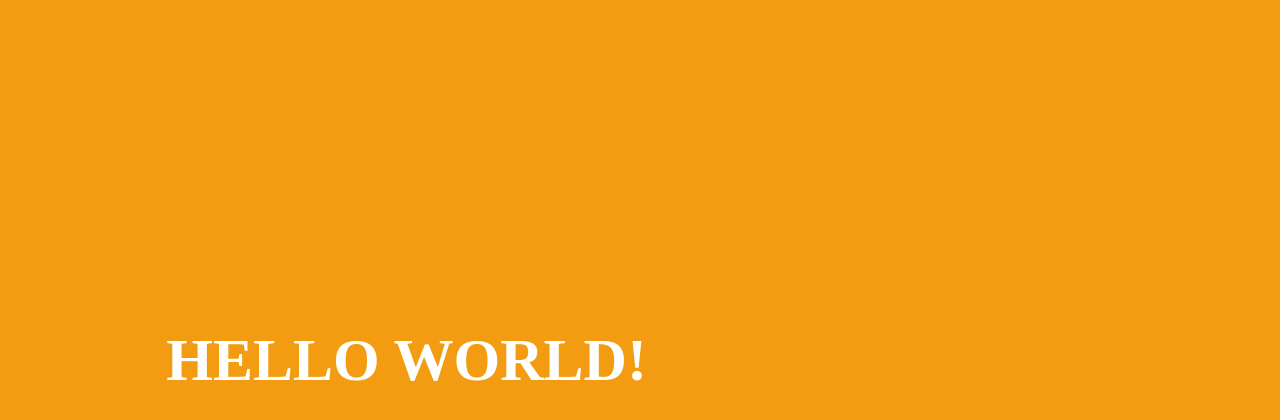
Repository: phong121020/Text-Animation
Page: assets/index.html
An editor plug-in stored every save of this project. The page is shown before and after the next save, followed by the edit.
The browser window is 1280 px wide. The pictures show the whole page.

Above is the page before, as saved 2022-03-11 18:24:11.

After the next save:
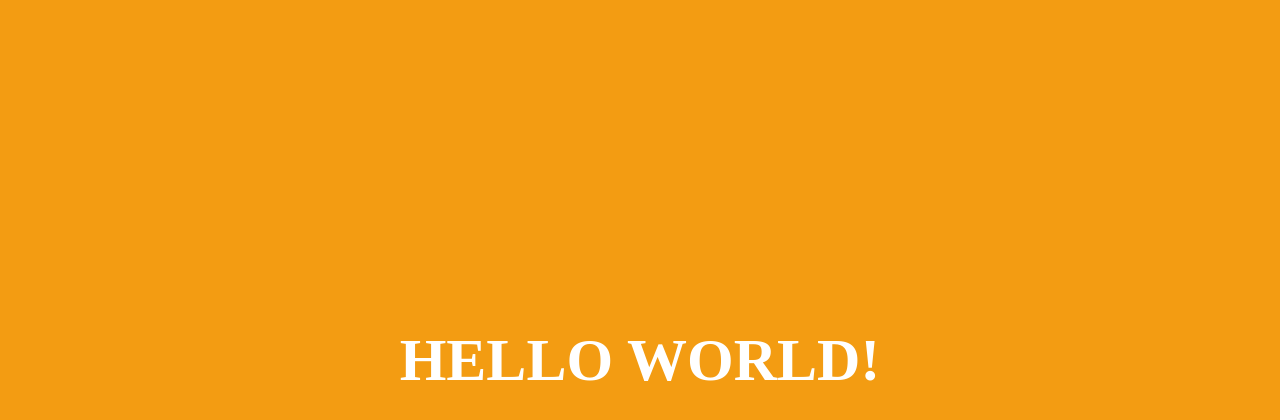
Console error: SyntaxError: Identifier 'text' has already been declared
Saved 36 s later.
--- a/assets/app.js
+++ b/assets/app.js
@@ -4,5 +4,32 @@
 console.log(splitText);
 
 for (let i = 0; i < splitText.length; i++) {
-  text.innerHTML += "<span>" + splitText[i] + "</span>";
+  text.innerHTML += "<span> " + splitText[i] + "</span>";
 }
+
+const text = document.querySelector("h1");
+const strText = text.textContent;
+const splitText = strText.split("");
+console.log(splitText);
+
+text.textContent = "";
+for (let i = 0; i < splitText.length; i++) {
+  text.innerHTML += "<span> " + splitText[i] + "</span>";
+}
+
+let char = 0;
+let timer = setInterval(onTick, 50);
+function onTick() {
+  const span = text.querySelectorAll("span")[char];
+  span.classList.add("fade");
+  char++;
+  if (char === splitText.length) {
+    complete();
+    return;
+  }
+}
+
+function complete() {
+  clearInterval(timer);
+  timer = null;
+}

After the save that followed:
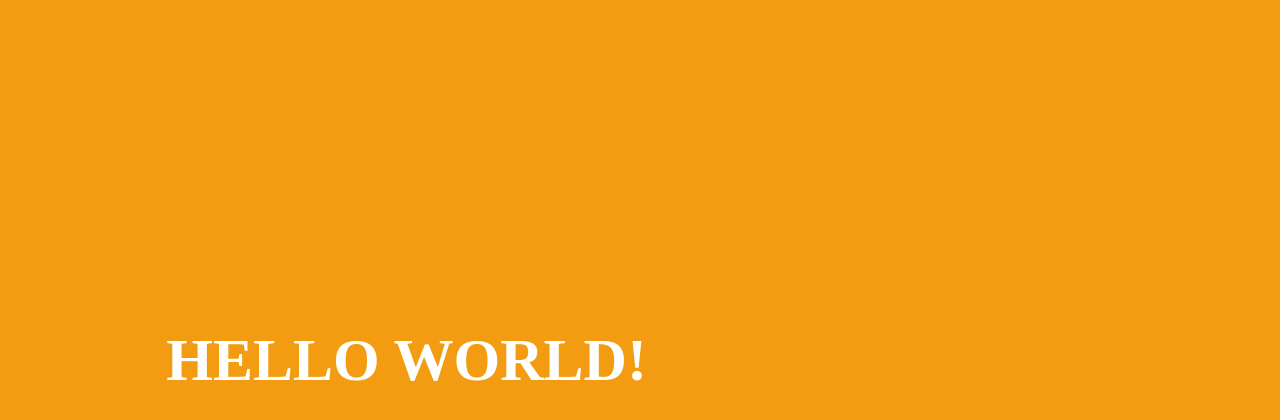
The error is gone.
Saved 9 s later.
--- a/assets/app.js
+++ b/assets/app.js
@@ -7,29 +7,29 @@
   text.innerHTML += "<span> " + splitText[i] + "</span>";
 }
 
-const text = document.querySelector("h1");
-const strText = text.textContent;
-const splitText = strText.split("");
-console.log(splitText);
+// const text = document.querySelector("h1");
+// const strText = text.textContent;
+// const splitText = strText.split("");
+// console.log(splitText);
 
-text.textContent = "";
-for (let i = 0; i < splitText.length; i++) {
-  text.innerHTML += "<span> " + splitText[i] + "</span>";
-}
+// text.textContent = "";
+// for (let i = 0; i < splitText.length; i++) {
+//   text.innerHTML += "<span> " + splitText[i] + "</span>";
+// }
 
-let char = 0;
-let timer = setInterval(onTick, 50);
-function onTick() {
-  const span = text.querySelectorAll("span")[char];
-  span.classList.add("fade");
-  char++;
-  if (char === splitText.length) {
-    complete();
-    return;
-  }
-}
+// let char = 0;
+// let timer = setInterval(onTick, 50);
+// function onTick() {
+//   const span = text.querySelectorAll("span")[char];
+//   span.classList.add("fade");
+//   char++;
+//   if (char === splitText.length) {
+//     complete();
+//     return;
+//   }
+// }
 
-function complete() {
-  clearInterval(timer);
-  timer = null;
-}
+// function complete() {
+//   clearInterval(timer);
+//   timer = null;
+// }
